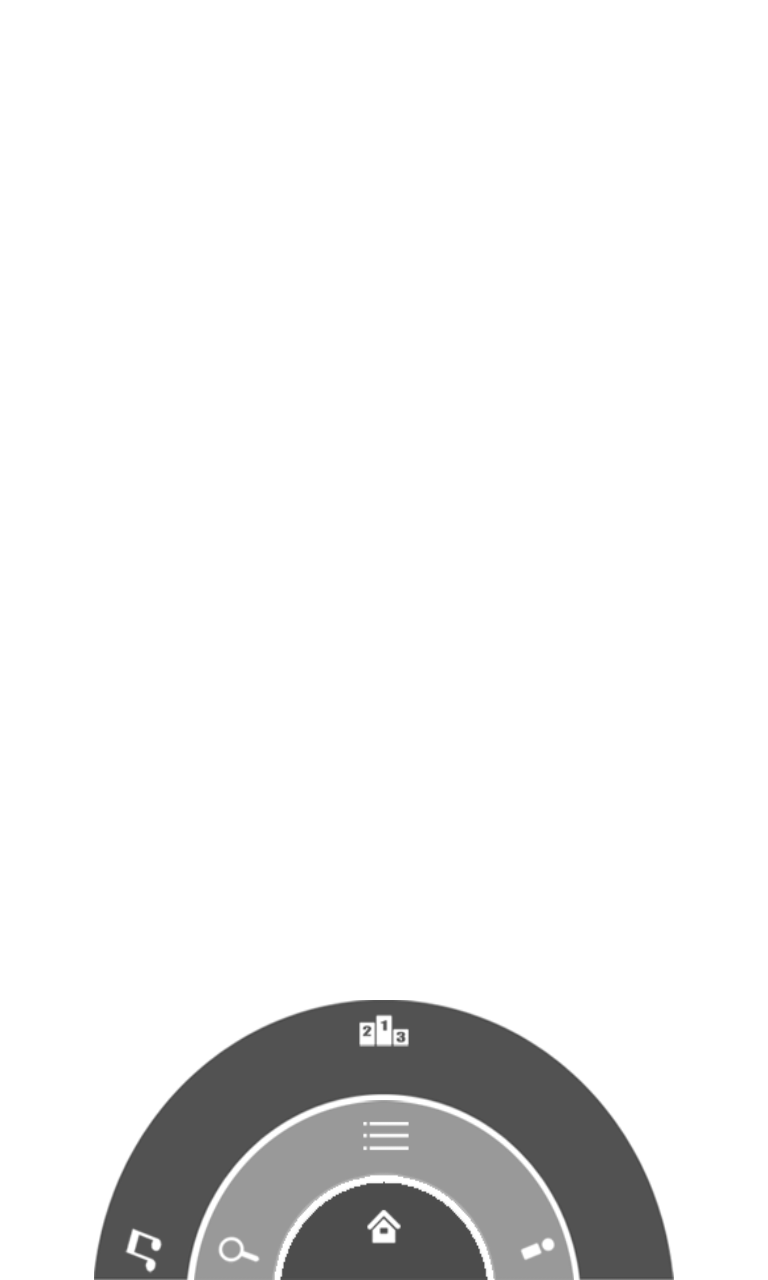
Repository: ASmouse/View
Layout: 02_UkuDemo14/res/layout/activity_main.xml
An editor plug-in stored every save of this project. The layout is shown before and after the next save, followed by the edit.
It is drawn on a 768 x 1280 px phone screen (xhdpi) without system bars, with theme AppTheme; the app's code is not run.

Above is the layout before, as saved 2015-10-24 03:04:32.

### 02_UkuDemo14/res/layout/activity_main.xml
<RelativeLayout xmlns:android="http://schemas.android.com/apk/res/android"
    xmlns:tools="http://schemas.android.com/tools"
    android:layout_width="match_parent"
    android:layout_height="match_parent"
    tools:context=".MainActivity" >

    <!-- uku菜单的第一层 -->

    <RelativeLayout
        android:layout_width="105dip"
        android:layout_height="50dip"
        android:layout_alignParentBottom="true"
        android:layout_centerHorizontal="true"
        android:background="@drawable/level1" >

        <!-- home键 -->

        <ImageView
            android:layout_width="wrap_content"
            android:layout_height="wrap_content"
            android:layout_centerHorizontal="true"
            android:layout_marginTop="3dip"
            android:src="@drawable/icon_home" />
    </RelativeLayout>

    <!-- uku菜单第二层 -->

    <RelativeLayout
        android:layout_width="190dip"
        android:layout_height="90dip"
        android:layout_alignParentBottom="true"
        android:layout_centerHorizontal="true"
        android:background="@drawable/level2" >

        <!-- 搜索 -->

        <ImageView
            android:layout_width="wrap_content"
            android:layout_height="wrap_content"
            android:layout_alignParentBottom="true"
            android:layout_marginLeft="8dip"
            android:src="@drawable/icon_search" />

        <!-- 菜单 -->

        <ImageView
            android:layout_width="wrap_content"
            android:layout_height="wrap_content"
            android:layout_centerHorizontal="true"
            android:layout_marginTop="3dip"
            android:src="@drawable/icon_menu" />

        <!-- 优酷菜单 -->

        <ImageView
            android:layout_width="wrap_content"
            android:layout_height="wrap_content"
            android:layout_alignParentBottom="true"
            android:layout_alignParentRight="true"
            android:layout_marginRight="3dip"
            android:layout_marginTop="3dip"
            android:src="@drawable/icon_myyouku" />
    </RelativeLayout>

    <!-- uku菜单第三层 -->

    <RelativeLayout
        android:layout_width="290dip"
        android:layout_height="140dip"
        android:layout_alignParentBottom="true"
        android:layout_centerHorizontal="true"
        android:background="@drawable/level3" >

        <!-- 第一个按钮 -->

        <ImageView
            android:layout_marginLeft="10dip"
            android:layout_alignParentBottom="true"
            android:layout_width="wrap_content"
            android:layout_height="wrap_content"
            android:src="@drawable/channel1" />

         <!-- 第四个按钮 -->

        <ImageView
            android:layout_marginLeft="10dip"
           android:layout_centerHorizontal="true"
            android:layout_width="wrap_content"
            android:layout_height="wrap_content"
            android:src="@drawable/channel4" />
    </RelativeLayout>

</RelativeLayout>

Loaded but not shown: 02_UkuDemo14/res/values/styles.xml (common file); 02_UkuDemo14/res/values-v11/styles.xml (common file); 02_UkuDemo14/res/values-v14/styles.xml (common file)

After the next save:
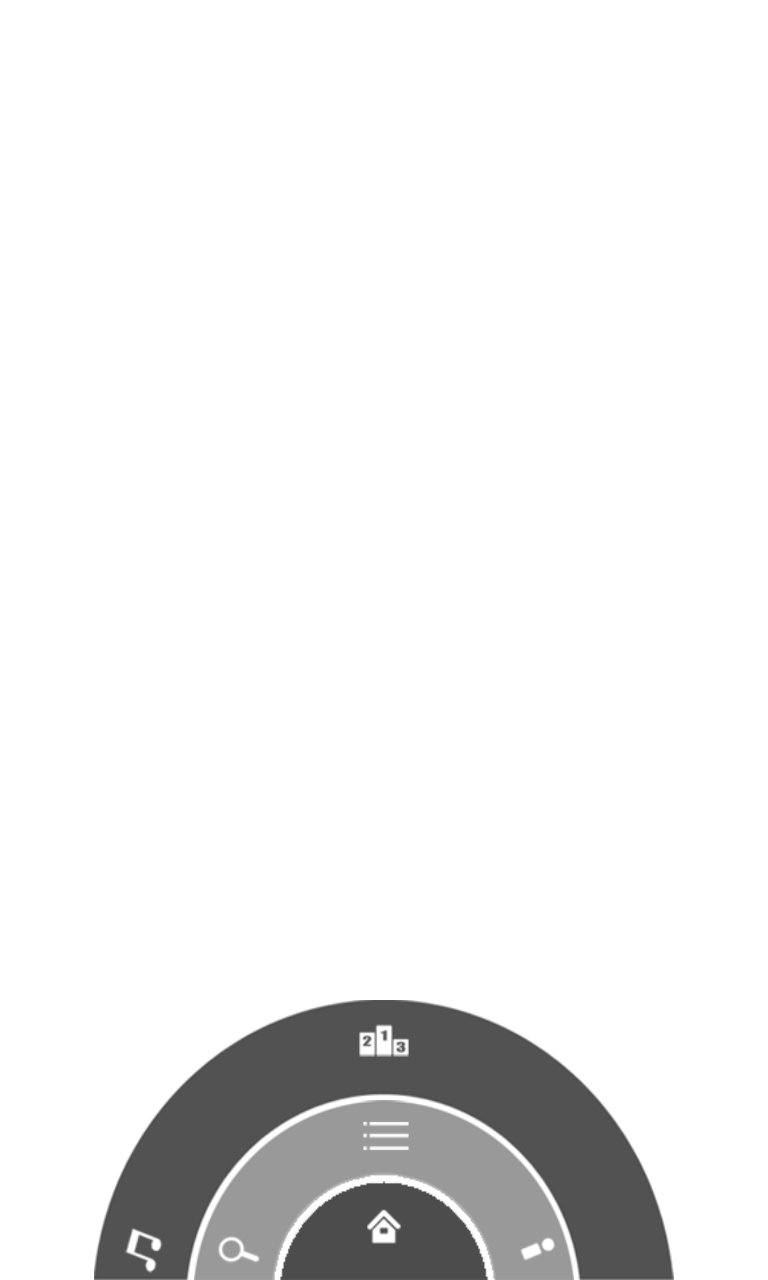
Saved 10 s later.
--- a/02_UkuDemo14/res/layout/activity_main.xml
+++ b/02_UkuDemo14/res/layout/activity_main.xml
@@ -83,6 +83,7 @@
          <!-- 第四个按钮 -->
 
         <ImageView
+            android:layout_marginTop="5dip"
             android:layout_marginLeft="10dip"
            android:layout_centerHorizontal="true"
             android:layout_width="wrap_content"
